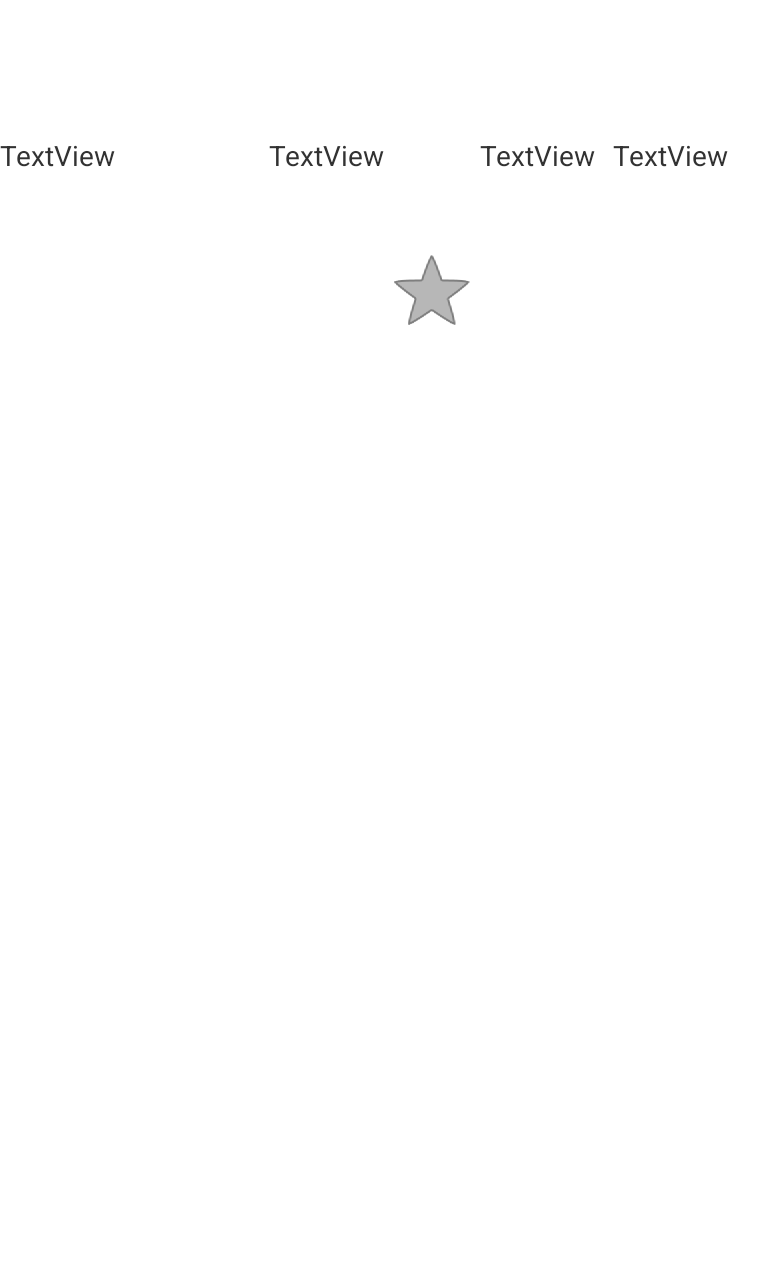
Repository: arianaantonio/Java2_Antonio
Layout: SpaceImageViewer/res/layout/details_activity.xml
The author's editor kept a copy of each file at every save. The layout is drawn from the files as they stood at one save, then again after the next save.
It is drawn on a 768 x 1280 px phone screen (xhdpi) without system bars, with theme AppTheme; the app's code is not run.

Above is the layout before, as saved 2014-07-15 06:53:08.

### SpaceImageViewer/res/layout/details_activity.xml
<?xml version="1.0" encoding="utf-8"?>
<RelativeLayout xmlns:android="http://schemas.android.com/apk/res/android"
    android:layout_width="match_parent"
    android:layout_height="match_parent"
    android:orientation="vertical" >

    <TextView
        android:id="@+id/title"
        android:layout_width="wrap_content"
        android:layout_height="wrap_content"
        android:layout_alignParentTop="true"
        android:layout_centerHorizontal="true"
        android:layout_marginTop="18dp"
        android:text="" />

    <RatingBar
        android:id="@+id/ratingBar"
        android:layout_width="wrap_content"
        android:layout_height="wrap_content"
        android:layout_alignLeft="@+id/title"
        android:layout_below="@+id/camera"
        android:layout_marginTop="34dp"
        android:numStars="1"
        android:rating="0.0"
        android:stepSize="1.0" />

    <TextView
        android:id="@+id/textView1"
        android:layout_width="wrap_content"
        android:layout_height="wrap_content"
        android:layout_alignBaseline="@+id/user"
        android:layout_alignBottom="@+id/user"
        android:layout_alignParentLeft="true"
        android:text="TextView" />

    <TextView
        android:id="@+id/camera"
        android:layout_width="wrap_content"
        android:layout_height="wrap_content"
        android:layout_alignBaseline="@+id/user"
        android:layout_alignBottom="@+id/user"
        android:layout_alignParentRight="true"
        android:layout_marginRight="20dp"
        android:text="TextView" />

    <TextView
        android:id="@+id/textView2"
        android:layout_width="wrap_content"
        android:layout_height="wrap_content"
        android:layout_above="@+id/ratingBar"
        android:layout_toRightOf="@+id/ratingBar"
        android:text="TextView" />

    <TextView
        android:id="@+id/user"
        android:layout_width="wrap_content"
        android:layout_height="wrap_content"
        android:layout_below="@+id/title"
        android:layout_marginTop="31dp"
        android:layout_toLeftOf="@+id/title"
        android:text="TextView" />

</RelativeLayout>

Loaded but not shown: SpaceImageViewer/res/values/styles.xml (common file); SpaceImageViewer/res/values-v11/styles.xml (common file); SpaceImageViewer/res/values-v14/styles.xml (common file)

After the next save:
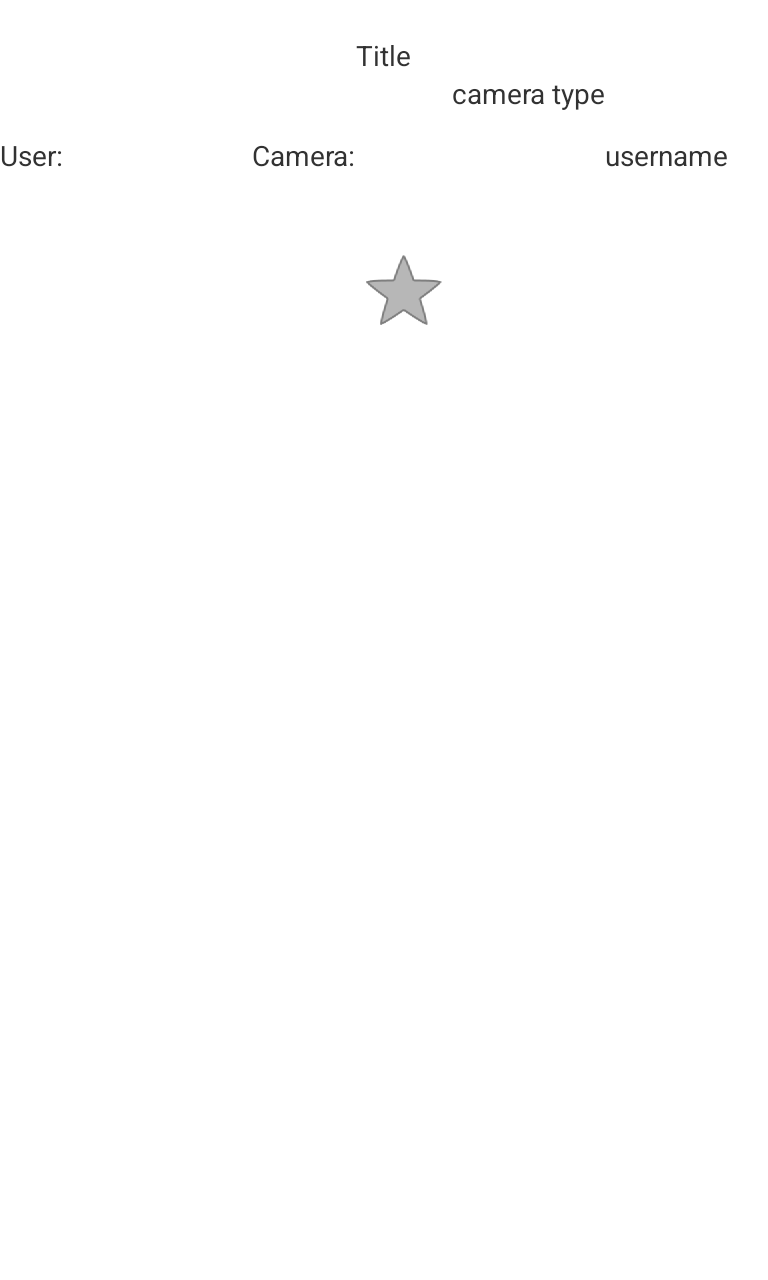
Saved 63 s later.
--- a/SpaceImageViewer/res/layout/details_activity.xml
+++ b/SpaceImageViewer/res/layout/details_activity.xml
@@ -11,7 +11,7 @@
         android:layout_alignParentTop="true"
         android:layout_centerHorizontal="true"
         android:layout_marginTop="18dp"
-        android:text="" />
+        android:text="Title" />
 
     <RatingBar
         android:id="@+id/ratingBar"
@@ -31,7 +31,7 @@
         android:layout_alignBaseline="@+id/user"
         android:layout_alignBottom="@+id/user"
         android:layout_alignParentLeft="true"
-        android:text="TextView" />
+        android:text="User:" />
 
     <TextView
         android:id="@+id/camera"
@@ -41,15 +41,7 @@
         android:layout_alignBottom="@+id/user"
         android:layout_alignParentRight="true"
         android:layout_marginRight="20dp"
-        android:text="TextView" />
-
-    <TextView
-        android:id="@+id/textView2"
-        android:layout_width="wrap_content"
-        android:layout_height="wrap_content"
-        android:layout_above="@+id/ratingBar"
-        android:layout_toRightOf="@+id/ratingBar"
-        android:text="TextView" />
+        android:text="username" />
 
     <TextView
         android:id="@+id/user"
@@ -58,6 +50,14 @@
         android:layout_below="@+id/title"
         android:layout_marginTop="31dp"
         android:layout_toLeftOf="@+id/title"
-        android:text="TextView" />
+        android:text="Camera:" />
+
+    <TextView
+        android:id="@+id/textView2"
+        android:layout_width="wrap_content"
+        android:layout_height="wrap_content"
+        android:layout_below="@+id/title"
+        android:layout_toRightOf="@+id/ratingBar"
+        android:text="camera type" />
 
 </RelativeLayout>
